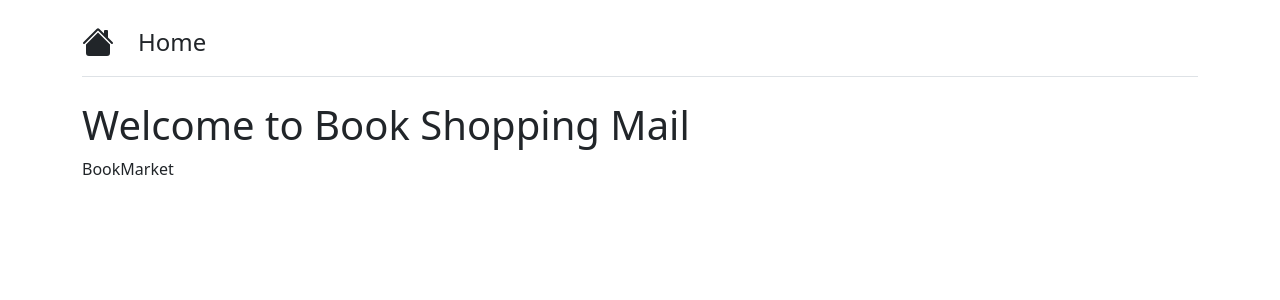
Repository: yeom724/JSP_test
Page: http://localhost/bookmarket/
These files come from the project's save history. The page is drawn as it stood at one moment and after the next save; the edit follows.
The browser window is 1280 px wide. The pictures show the whole page.
The page is served by Tomcat 10. Other server files are loaded and not shown.

Above is the page before, as saved 2024-10-08 02:30:14.

### bookmarket/src/main/webapp/welcome.jsp
<%@ page language="java" contentType="text/html; charset=UTF-8"
    pageEncoding="UTF-8"%>
<!DOCTYPE html>
<html>
<head>
<link href="https://cdn.jsdelivr.net/npm/bootstrap@5.3.0-alpha1/dist/css/bootstrap.min.css" rel="stylesheet">
<meta charset="UTF-8">
<title>Welcome</title>
</head>
<body>
	<div class = "container py-4">

		<header class = "pb-3 mb-4 border-bottom">
			<a href="welcome.jsp" class = "d-flex align-items-center text-dark text-decoration-none">
				<svg  width="32" height="32" fill="currentColor" class="bi bi-house-fill" viewBox="0 0 16 16">
              		<path d="M8.707 1.5a1 1 0 0 0-1.414 0L.646 8.146a.5.5 0 0 0 .708.708L8 2.207l6.646 6.647a.5.5 0 0 0 .708-.708L13 5.793V2.5a.5.5 0 0 0-.5-.5h-1a.5.5 0 0 0-.5.5v1.293L8.707 1.5Z"/>
              		<path d="m8 3.293 6 6V13.5a1.5 1.5 0 0 1-1.5 1.5h-9A1.5 1.5 0 0 1 2 13.5V9.293l6-6Z"/>
        		</svg>

        		<span class = "fs-4">　Home</span>
			</a>
		</header>

		<%!
			String greeting = "Welcome to Book Shopping Mail";
			String tagline = "Welcome to Web Market!";
		%>

		<div>
			<div>
				<h1><%= greeting %></h1>
				<p>BookMarket</p>
			</div>
		</div>

		<div>
			<div>
				<div>
					<h3></h3>
				</div>
			</div>
		</div>

		<footer>

		</footer>
	</div>
</body>
</html>

After the next save:
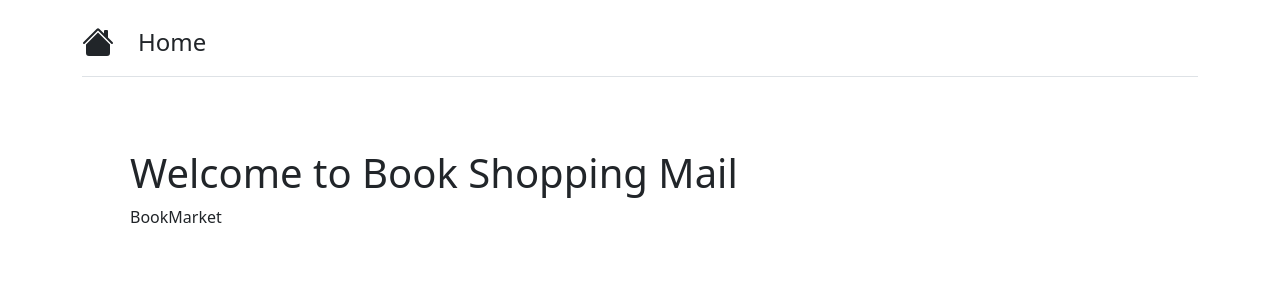
Saved 20 s later.
--- a/bookmarket/src/main/webapp/welcome.jsp
+++ b/bookmarket/src/main/webapp/welcome.jsp
@@ -26,7 +26,7 @@
 			String tagline = "Welcome to Web Market!";
 		%>
 
-		<div>
+		<div class = "p-5">
 			<div>
 				<h1><%= greeting %></h1>
 				<p>BookMarket</p>
